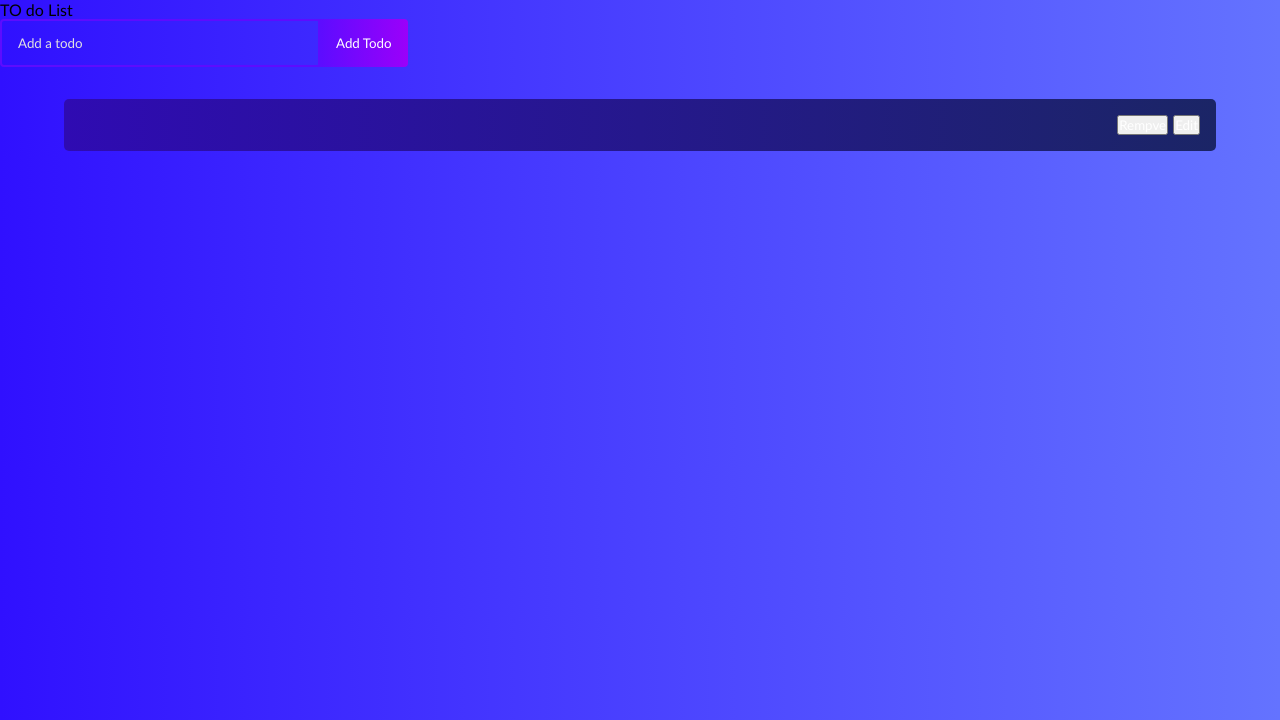
Repository: kirangautam45/ToDoList
Page: /, after clicking the first element matching `button.todo-button`
The author's editor kept a copy of each file at every save. The page is drawn from the files as they stood at one save, then again after a run of saves.
The browser window is 1280 px wide. The pictures show the whole page.
The project was rebuilt for these pictures with package versions that can differ from the ones it lists, and the page was loaded fresh each time.

Above is the page before, as saved 2022-08-06 08:48:24.

### src/App.js
import React, { useState } from "react";
import TodoForm from "./TodoForm";

import Todo from "./Todo";
function App() {
  const [todos, setTodos] = useState([]);

  const addTodo = (todo) => {
    const newTodos = [todo, ...todos];

    setTodos(newTodos);
    console.log(...todos);
  };

  const updateTodo = (todoId, newValue) => {
    setTodos((prev) =>
      prev.map((item) => (item.id === todoId ? newValue : item))
    );
  };

  const removeTodo = (id) => {
    const removedArr = [...todos].filter((todo) => todo.id !== id);

    setTodos(removedArr);
  };

  const completeTodo = (id) => {
    let updatedTodos = todos.map((todo) => {
      if (todo.id === id) {
        todo.isComplete = !todo.isComplete;
      }
      return todo;
    });
    setTodos(updatedTodos);
  };
  return (
    <div>
      <h>TO do List</h>
      <TodoForm onSubmit={addTodo} />
      <Todo
        todos={todos}
        completeTodo={completeTodo}
        removeTodo={removeTodo}
        updateTodo={updateTodo}
      />
    </div>
  );
}

export default App;

### src/TodoForm.js
import React, { useState, useEffect, useRef } from "react";
import "./App.css";

const TodoForm = (props) => {
  const [input, setInput] = useState(props.edit ? props.edit.value : "");

  const inputRef = useRef(null);

  useEffect(() => {
    inputRef.current.focus();
  });

  const handleChange = (e) => {
    setInput(e.target.value);
  };

  const handleSubmit = (e) => {
    e.preventDefault();

    props.onSubmit({
      id: Math.floor(Math.random() * 10000),
      text: input,
    });
    setInput("");
  };
  return (
    <div>
      <form onSubmit={handleSubmit} className="todo-form">
        {props.edit ? (
          <>
            <input
              placeholder="update your item"
              value={input}
              onChange={handleChange}
              name="text"
              ref={inputRef}
              classname="todo-input edit"
            />
            <button onclick={handleSubmit} className="todo-button edit">
              Update
            </button>
          </>
        ) : (
          <>
            <input
              placeholder="Add a todo"
              value={input}
              onChange={handleChange}
              name="text"
              className="todo-input"
              ref={inputRef}
            />
            <button onClick={handleSubmit} className="todo-button">
              Add todo
            </button>
          </>
        )}
      </form>
    </div>
  );
};

export default TodoForm;

### src/Todo.js
import React, { useState } from "react";
import TodoForm from "./TodoForm";
import "./App.css";
import { RiCloseCircleLine } from 'react-icons/ri';
import { TiEdit } from 'react-icons/ti';

const Todo = ({ todos, completeTodo, removeTodo, updateTodo }) => {
  const [edit, setEdit] = useState({
    id: null,
    value: "",
  });

  const submitUpdate = (value) => {
    updateTodo(edit.id, value);
    setEdit({
      id: null,
      value: "",
    });
  };

  if (edit.id) {
    return <TodoForm edit={edit} onSubmit={submitUpdate} />;
  }

  return todos.map((todo, index) => (
    <div
      className={todo.isComplete ? "todo-row complete" : "todo-row"}
      key={index}
    >
      <div key={todo.id} onClick={() => completeTodo(todo.id)}>
        {todo.text}
      </div>
      <div className="icons">
        <button onClick={() => removeTodo(todo.id)} className="delete-icon">
          {" "}
          Rempve
        </button>
        <button
          onClick={() => setEdit({ id: todo.id, value: todo.text })}
          className="edit-icon"
        >
          {" "}
          Edit
        </button>
      </div>
    </div>
  ));
};

export default Todo;

### src/App.css
* {
  box-sizing: border-box;
  margin: 0;
  padding: 0;
  font-family: 'Trebuchet MS', 'Lucida Sans Unicode', 'Lucida Grande',
    'Lucida Sans', Arial, sans-serif;
}

body {
  background: linear-gradient(
    90deg,
    rgba(48, 16, 255, 1) 0%,
    rgba(100, 115, 255, 1) 100%
  );
}
.todo-app {
  display: flex;
  flex-direction: column;
  justify-content: start;
  width: 520px;
  min-height: 600px;
  background: #161a2b;
  text-align: center;
  margin: 128px auto;
  border-radius: 10px;
  padding-bottom: 32px;
}

h1 {
  margin: 32px 0;
  color: #fff;
  font-size: 24px;
}

.complete {
  text-decoration: line-through;
  opacity: 0.4;
}

.todo-form {
  margin-bottom: 32px;
}

.todo-input {
  padding: 14px 32px 14px 16px;
  border-radius: 4px 0 0 4px;
  border: 2px solid #5d0cff;
  outline: none;
  width: 320px;
  background: transparent;
  color: #fff;
}

.todo-input::placeholder {
  color: #e2e2e2;
}

.todo-button {
  padding: 16px;
  border: none;
  border-radius: 0 4px 4px 0;
  cursor: pointer;
  outline: none;
  background: linear-gradient(
    90deg,
    rgba(93, 12, 255, 1) 0%,
    rgba(155, 0, 250, 1) 100%
  );
  color: #fff;
  text-transform: capitalize;
}

.todo-input.edit {
  border: 2px solid #149fff;
}

.todo-button.edit {
  background: linear-gradient(
    90deg,
    rgba(20, 159, 255, 1) 0%,
    rgba(17, 122, 255, 1) 100%
  );
  padding: 16px 22px;
}

.todo-container {
  display: flex;
  flex-direction: row;
  position: relative;
}

.todo-row {
  display: flex;
  justify-content: space-between;
  align-items: center;
  margin: 4px auto;
  color: #fff;
  background: linear-gradient(
    90deg,
    rgb(47, 11, 178) 0%,
    rgb(27, 37, 102) 100%
  );

  padding: 16px;
  border-radius: 5px;
  width: 90%;
}



.icons {
  display: flex;
  align-items: center;
  font-size: 24px;
  cursor: pointer;
}

.delete-icon {
  margin-right: 5px;
  color: #fff;
}

.edit-icon {
  color: #fff;
}

Loaded but not shown: public/index.html (common file); src/index.js (common file); src/index.css (common file); src/reportWebVitals.js (common file)

After the next 3 saves:
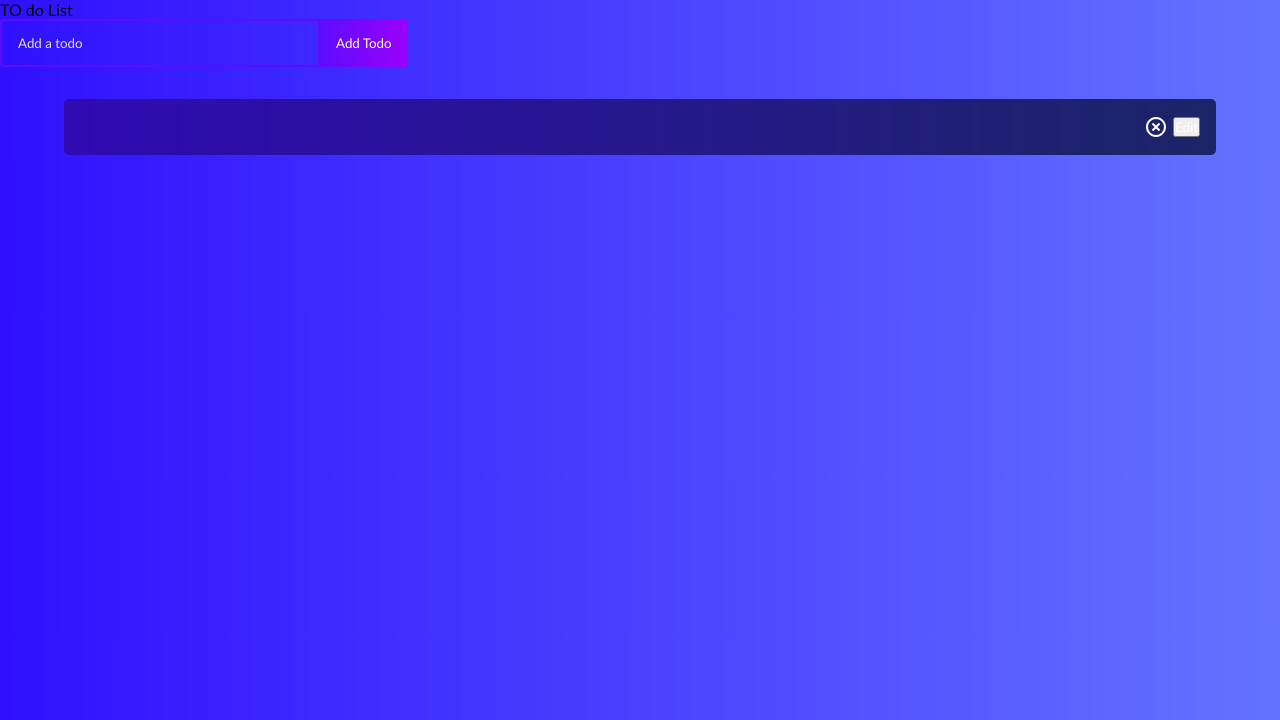
The 3 saves are shown as one change because 2 did not build or start.
The last was saved 29 s later.
--- a/src/Todo.js
+++ b/src/Todo.js
@@ -31,10 +31,10 @@ const Todo = ({ todos, completeTodo, removeTodo, updateTodo }) => {
         {todo.text}
       </div>
       <div className="icons">
-        <button onClick={() => removeTodo(todo.id)} className="delete-icon">
+        <RiCloseCircleLine onClick={() => removeTodo(todo.id)} className="delete-icon">
           {" "}
           Rempve
-        </button>
+        </RiCloseCircleLine>
         <button
           onClick={() => setEdit({ id: todo.id, value: todo.text })}
           className="edit-icon"
